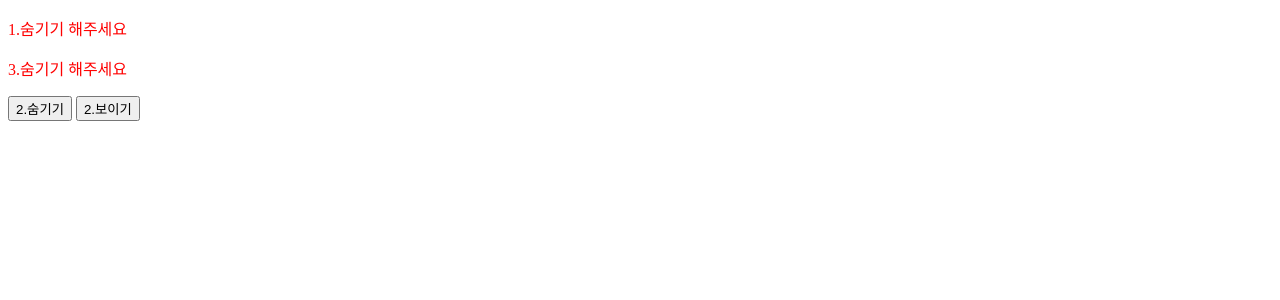
Repository: yoojisoo/YONSAI
Page: http://localhost/teatJava/html/test02.jsp
These files come from the project's save history. The page is drawn as it stood at one moment and after the next save; the edit follows.
The browser window is 1280 px wide. The pictures show the whole page.
After loading, the first visible `#h` was clicked once.
The page is served by Tomcat 9.

Above is the page before, as saved 2021-08-20 03:29:27.

### jsworkspace/teatJava/src/main/webapp/html/test02.jsp
<%@ page language="java" contentType="text/html; charset=UTF-8"
    pageEncoding="UTF-8"%>
<!DOCTYPE html>
<html>
<head>
<meta charset="UTF-8">
<title>test02</title>

<script src="../js/jquery-3.6.0.js"></script> <!--제이쿼리라이브러리-->
<script>
	$(document).ready(function(){ //문서준비 이벤트 코드
// 		$("p").hide();
// 		$("#t1").hide();
// 		$(".c1").hide();
		$("#h").click(function(){
// 			$("#t1").hide("slow");
			$("#t1").fadeOut("slow"); //점점 사라지기
			$("p").css("color","red");
		});
		$("#s").click(function(){
// 			$("#t1").show("slow");
			$("#t1").fadeIn("slow"); //점점 나타나기
			$("p").css("color","skyblue");
		});
	});


</script>
</head>
<body>
	<p>1.숨기기 해주세요</p>
	<p id="t1">2.숨기기 해주세요</p>
	<p class="c1">3.숨기기 해주세요</p>
	<button id="h">2.숨기기</button>
	<button id="s">2.보이기</button>


</body>
</html>

Loaded but not shown: jsworkspace/teatJava/src/main/webapp/js/jquery-3.6.0.js (library)

After the next save:
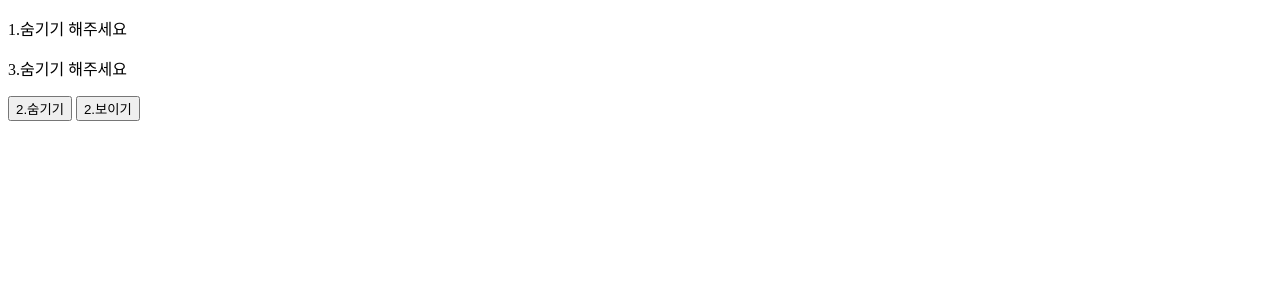
Saved 84 s later.
--- a/jsworkspace/teatJava/src/main/webapp/html/test02.jsp
+++ b/jsworkspace/teatJava/src/main/webapp/html/test02.jsp
@@ -15,7 +15,7 @@
 		$("#h").click(function(){
 // 			$("#t1").hide("slow");
 			$("#t1").fadeOut("slow"); //점점 사라지기
-			$("p").css("color","red");
+			$("p").css("color","lghtred");
 		});
 		$("#s").click(function(){
 // 			$("#t1").show("slow");
